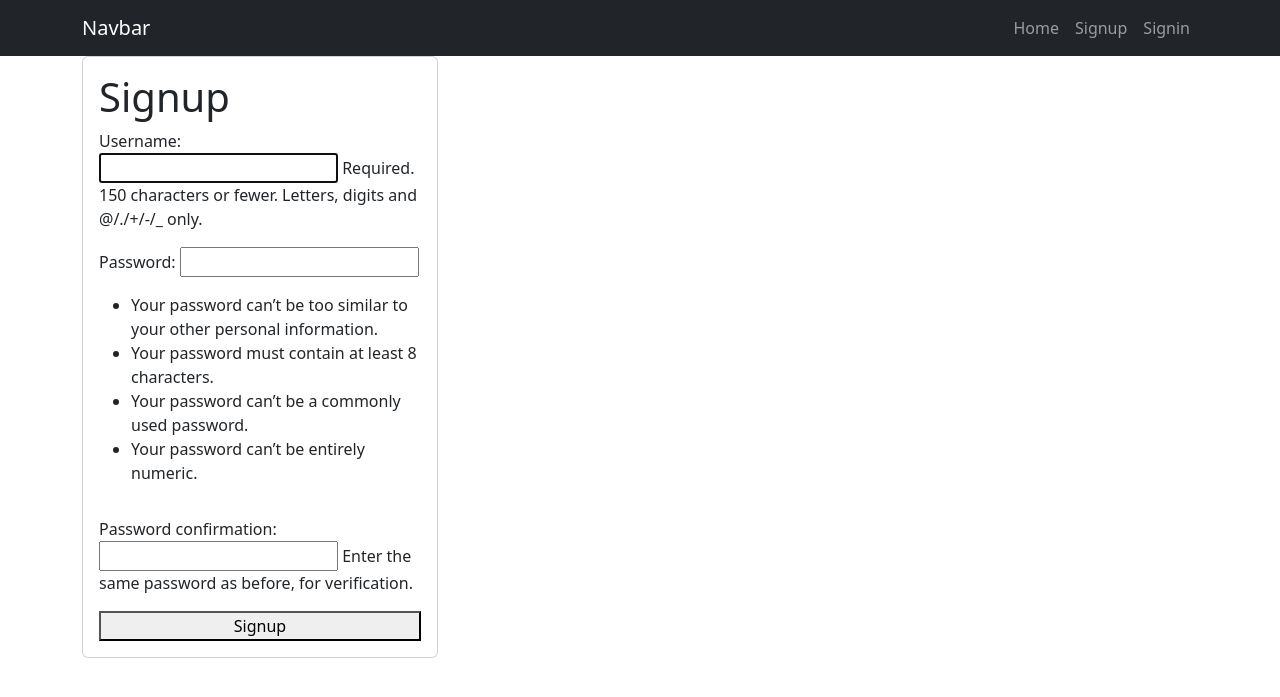
Repository: dbettancourt/django-auth-crud
Page: http://localhost/signup/
An editor plug-in stored every save of this project. The page is shown before and after the next save, followed by the edit.
The browser window is 1280 px wide. The pictures show the whole page.
The page is served by the project's application, run on Django 4.2 (manage.py). Other server files are loaded and not shown.

Above is the page before, as saved 2023-06-06 10:43:54.

### tasks/templates/signup.html
{% extends 'base.html' %}

{% block content %}

<main class="container">
    <div class="row">
        <div class="col-md-4">
            <form method="POST" class="card card-body">
                <h1>Signup</h1>

                {{error}}

                {% csrf_token %}
                {{form.as_p}}

                <button>
                    Signup
                </button>
            </forrm>
        </div>

    </div>
</main>

{% endblock %}

### tasks/templates/base.html
<!DOCTYPE html>
<!--[if lt IE 7]>      <html class="no-js lt-ie9 lt-ie8 lt-ie7"> <![endif]-->
<!--[if IE 7]>         <html class="no-js lt-ie9 lt-ie8"> <![endif]-->
<!--[if IE 8]>         <html class="no-js lt-ie9"> <![endif]-->
<!--[if gt IE 8]>      <html class="no-js"> <!--<![endif]-->
<html>
    <head>
        <meta charset="utf-8">
        <meta http-equiv="X-UA-Compatible" content="IE=edge">
        <title>Pagina Base Django</title>
        <meta name="description" content="">
        <meta name="viewport" content="width=device-width, initial-scale=1">
        <link rel="stylesheet" href="">
        <link rel="stylesheet" href="https://cdn.jsdelivr.net/npm/bootstrap@5.3.0/dist/css/bootstrap.min.css">
       <link rel="stylesheet" href="https://cdn.jsdelivr.net/npm/bootstrap-icons@1.5.0/font/bootstrap-icons.css">

    </head>
    <body>
        <!--[if lt IE 7]>
            <p class="browsehappy">You are using an <strong>outdated</strong> browser. Please <a href="#">upgrade your browser</a> to improve your experience.</p>
        <![endif]-->
        <nav class="navbar navbar-expand-lg bg-dark navbar-dark">
            <div class="container">
              <a class="navbar-brand" href="#">Navbar</a>
              <button class="navbar-toggler" type="button" data-bs-toggle="collapse" data-bs-target="#navbarNav" aria-controls="navbarNav" aria-expanded="false" aria-label="Toggle navigation">
                <span class="navbar-toggler-icon"></span>
              </button>
              <div class="collapse navbar-collapse" id="navbarNav">
                <ul class="navbar-nav ms-auto">
                    <li class="nav-item">
                        <a href="/"  class="nav-link">Home</a>
                    </li>
                    {% if user.is_authenticated %}
                    <li class="nav-item">
                        <a href="/tasks"  class="nav-link">Tasks Pending</a>
                    </li>
                    <li class="nav-item">
                        <a href="/tasks_completed"  class="nav-link">Tasks Completed</a>
                    </li>
                    <li class="nav-item">
                        <a href="/tasks/create"  class="nav-link">Create task</a>
                    </li>

                    <li class="nav-item">
                        <a href="/logout"  class="nav-link">Logout</a>
                    </li>
                    {% else %}
                    <li class="nav-item">
                        <a href="/signup"  class="nav-link">Signup</a>
                    </li>
                    <li class="nav-item">
                        <a href="/signin"  class="nav-link">Signin</a>
                    </li>
                    {% endif %}
                </ul>
              </div>
            </div>
          </nav>

        <script src="" async defer></script>

        {% block content %}
        {% endblock %}

    </body>
</html>

### tasks/views.py
from django.shortcuts import render, redirect, get_object_or_404
from django.contrib.auth.forms import UserCreationForm, AuthenticationForm
from django.contrib.auth.models import User
from django.contrib.auth import login, logout, authenticate
from django.db import IntegrityError
from .forms import TaskForm
from .models import Task
from django.utils import timezone
from django.contrib.auth.decorators import login_required



# Create your views here.
def home(request):
    return render(request, 'home.html')

def signup(request):

    if request.method == 'GET':
         return render(request, 'signup.html',{
        'form': UserCreationForm
    })

    else:
        if request.POST['password1'] == request.POST['password2']:
            try:
                user = User.objects.create_user(username=request.POST['username'], password=request.POST['password1'])
                user.save()
                login(request, user)
                return redirect ('tasks')
            except IntegrityError:
                return render(request, 'signup.html',{
                    'form': UserCreationForm,
                    'error': 'El usuario ya existe'
                    })
        return render(request, 'signup.html', {
            'form': UserCreationForm,
            'error': 'Las contraseñas no coinciden'
            })

@login_required
def tasks(request):
    tasks = Task.objects.filter(user=request.user, datecompleted__isnull=True)
    return render(request, 'tasks.html', {'tasks': tasks})

@login_required
def tasks_completed(request):
    tasks = Task.objects.filter(user=request.user, datecompleted__isnull=False).order_by ('-datecompleted')
    return render(request, 'tasks.html', {'tasks': tasks})

@login_required
def create_task(request):

    if request.method == 'GET':
        return render(request, 'create_task.html', {
            'form': TaskForm
        })
    else:
        try:
            form = TaskForm(request.POST)
            new_task = form.save(commit=False)
            new_task.user = request.user
            new_task.save()
            return redirect('tasks')
        except ValueError:
            return render(request, 'create_task.html', {
                'form': TaskForm,
                'error': 'Por favor ingresar datos validos'
             })

@login_required
def task_detail(request, task_id):
    if request.method == 'GET':
        task = get_object_or_404(Task, pk=task_id, user=request.user)
        form = TaskForm(instance=task)
        return render(request, 'task_detail.html', {'task': task, 'form': form})
    else:
        try:
            task = get_object_or_404(Task, pk=task_id, user=request.user)
            form = TaskForm(request.POST, instance=task)
            form.save()
            return redirect('tasks')
        except ValueError:
            return render(request, 'task_detail.html', {'task': task, 'form': form, 'error': "Error al actualizar"})

@login_required
def complete_task(request, task_id):
    task = get_object_or_404(Task, pk=task_id, user=request.user)
    if request.method == 'POST':
        task.datecompleted = timezone.now()
        task.save()
        return redirect('tasks')

@login_required
def delete_task(request, task_id):
    task = get_object_or_404(Task, pk=task_id, user=request.user)
    if request.method == 'POST':
        task.datecompleted = timezone.now()
        task.delete()
        return redirect('tasks')

@login_required
def signout(request):
    logout(request)
    return redirect('home')

def signin(request):
    if request.method=='GET':
        return render(request, 'signin.html', {
            'form': AuthenticationForm
        })
    else:
        user = authenticate(
            request, username=request.POST['username'], password=request.POST['password'])

        if user is None:
            return render(request, 'signin.html', {
                'form': AuthenticationForm,
                'error': 'Usuario o password es incorrecta'
            })
        else:
            login(request, user)
            return redirect('tasks')

### djangocrud/urls.py
"""
URL configuration for djangocrud project.

The `urlpatterns` list routes URLs to views. For more information please see:
    https://docs.djangoproject.com/en/4.2/topics/http/urls/
Examples:
Function views
    1. Add an import:  from my_app import views
    2. Add a URL to urlpatterns:  path('', views.home, name='home')
Class-based views
    1. Add an import:  from other_app.views import Home
    2. Add a URL to urlpatterns:  path('', Home.as_view(), name='home')
Including another URLconf
    1. Import the include() function: from django.urls import include, path
    2. Add a URL to urlpatterns:  path('blog/', include('blog.urls'))
"""
from django.contrib import admin
from django.urls import path
from tasks import views

urlpatterns = [
    path('admin/', admin.site.urls),
    path('', views.home, name='home'),
    path('signup/', views.signup, name='signup'),
    path('tasks/', views.tasks, name='tasks'),
    path('tasks_completed/', views.tasks_completed, name='_completed'),
    path('tasks/create/', views.create_task, name='create_tasks'),
    path('tasks/<int:task_id>/', views.task_detail, name='task_detail'),
    path('tasks/<int:task_id>/complete', views.complete_task, name='complete_task'),
    path('tasks/<int:task_id>/delete', views.delete_task, name='delete_task'),
    path('logout/', views.signout, name='logout'),
    path('signin/', views.signin, name='signin')
]

After the next save:
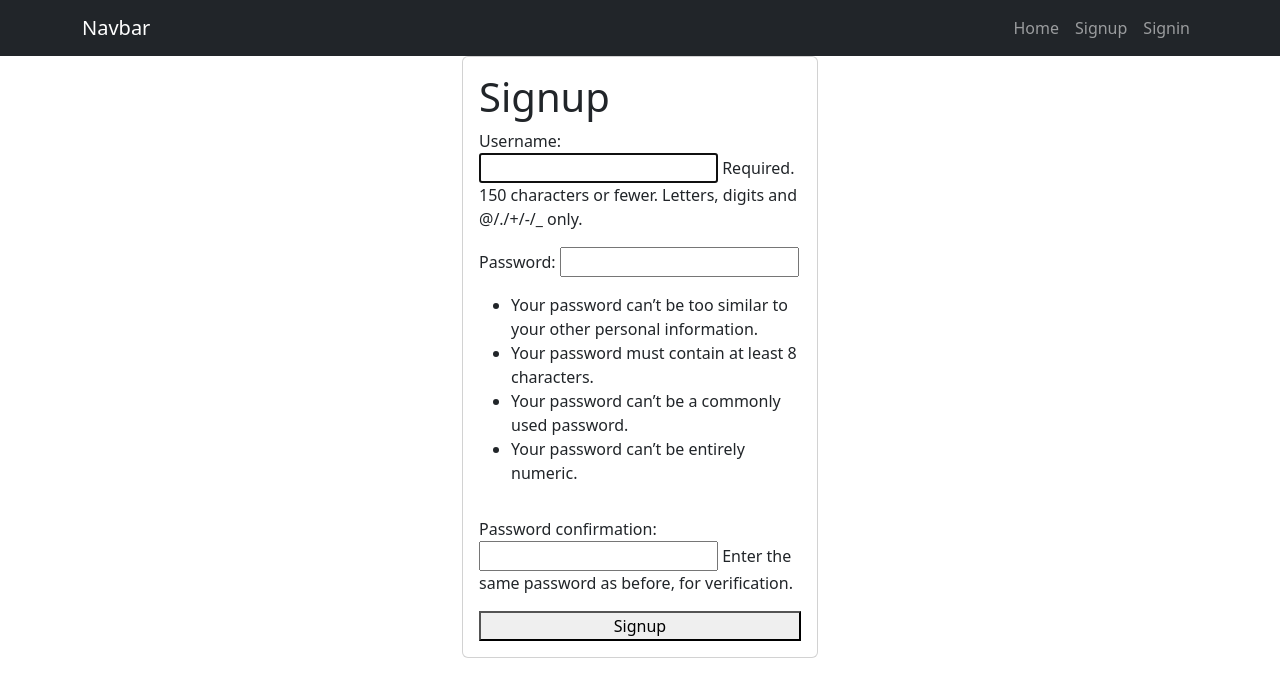
Saved 66 s later.
--- a/tasks/templates/signup.html
+++ b/tasks/templates/signup.html
@@ -4,7 +4,7 @@
 
 <main class="container">
     <div class="row">
-        <div class="col-md-4">
+        <div class="col-md-4 offset-md-4" >
             <form method="POST" class="card card-body">
                 <h1>Signup</h1>
 
